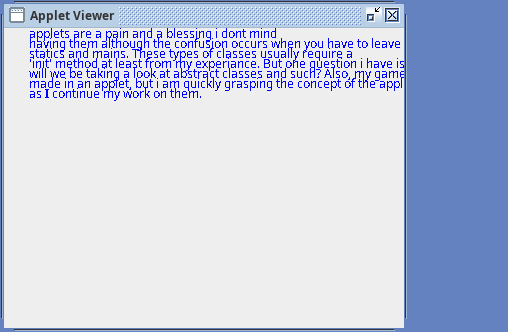
Repository: ArtixFox/SchoolWork
Program's window: java SchoolApplets/src/com/adsb/school/Applets/Applet1.java
These files come from the project's save history. The program's window is drawn as it stood at one moment and after the next save; the edit follows.
It runs on Java 21 on a 1366 x 768 screen with the Metal look.

Above is the program's window before, as saved 2015-04-27 14:48:30.

After the next save:
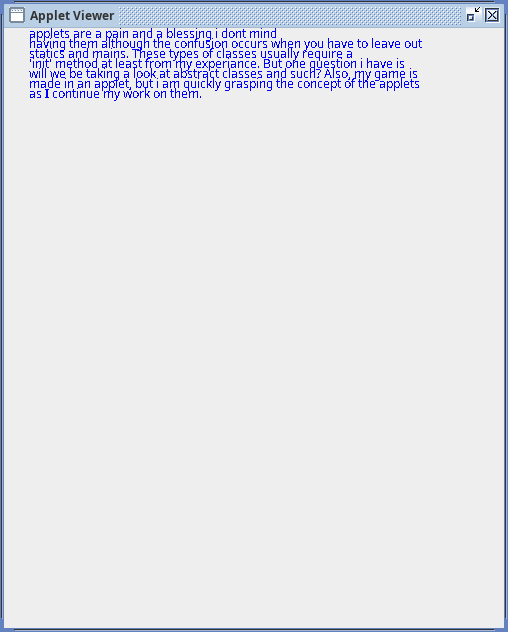
Saved 16 s later.
--- a/SchoolApplets/src/com/adsb/school/Applets/Applet1.java
+++ b/SchoolApplets/src/com/adsb/school/Applets/Applet1.java
@@ -19,7 +19,7 @@
 	private String  message7 = "as I continue my work on them.";
 
 	public void paint(Graphics g){
-		setSize(400, 300);
+		setSize(500, 600);
 		g.setColor(Color.BLUE);
 		g.drawString(message1,25, 10);
 		g.drawString(message2,25, 20);
